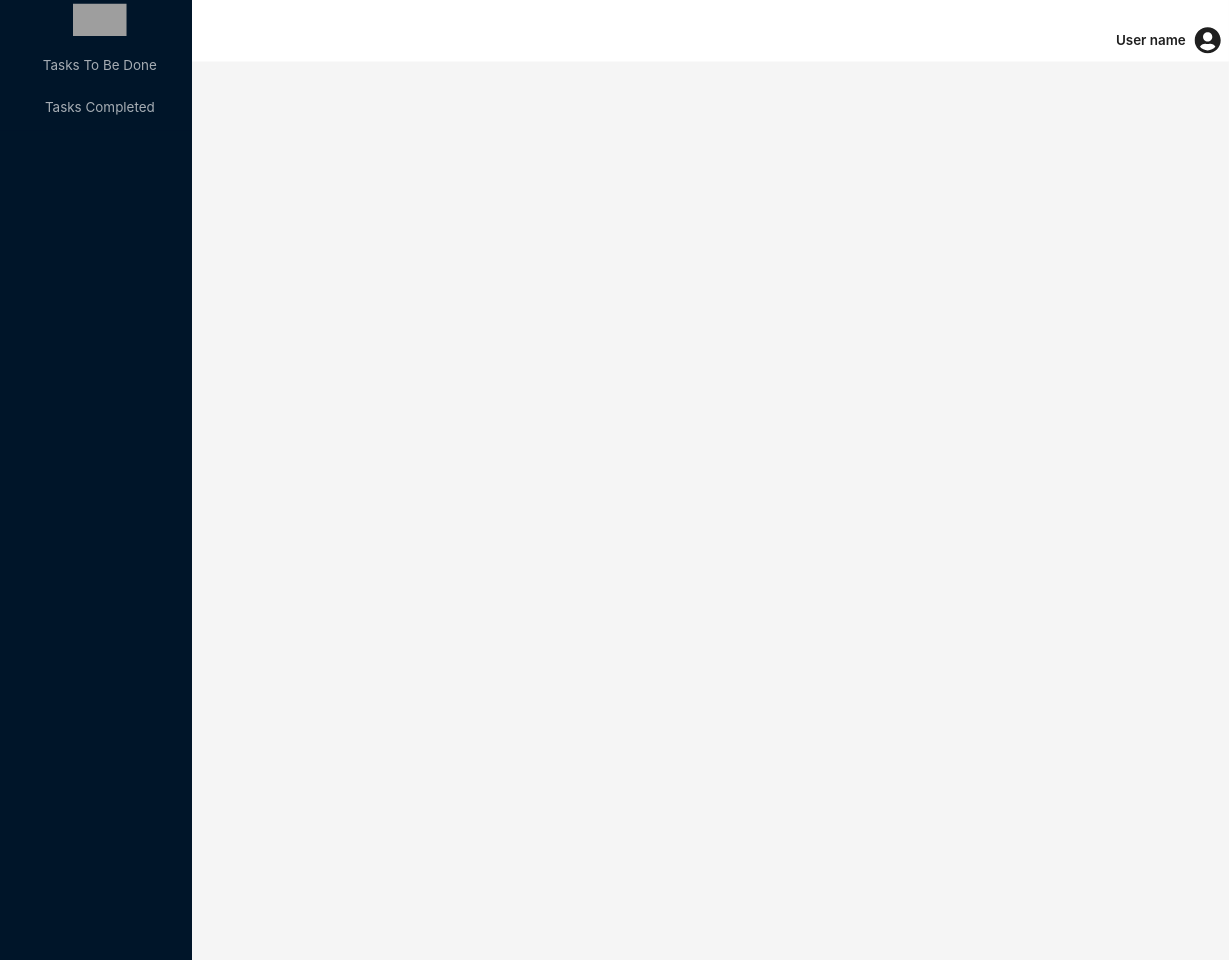
Repository: runner855/todolist_new
Page: /
The author's editor kept a copy of each file at every save. The page is drawn from the files as they stood at one save, then again after the next save.
The browser window is 1280 px wide. The pictures show the whole page, at 96% of full size.
Pictures or frames that could not be fetched are drawn as grey boxes. The project was rebuilt for these pictures with package versions that can differ from the ones it lists, and the page was loaded fresh each time.

Above is the page before, as saved 2023-03-19 18:20:56.

### src/index.tsx
import React from "react";
import ReactDOM from "react-dom/client";
import "./index.css";
import { App } from "./App";
import { BrowserRouter } from "react-router-dom";

const root = ReactDOM.createRoot(
  document.getElementById("root") as HTMLElement
);
root.render(
  <React.StrictMode>
    <BrowserRouter>
    <App />
    </BrowserRouter>
  </React.StrictMode>
);

### src/App.tsx
import React from 'react';
import './App.css';
import { NavBar } from './components/NavBar/NavBar';

export const App = () =>{
  return (
    <div className="App">
      <NavBar/>

    </div>
  );
}

### src/components/NavBar/NavBar.tsx
import React from 'react';

import { Layout, Menu, theme } from 'antd';
import { FaUserCircle } from 'react-icons/fa';
import { PagesArray } from '../../Utilities/Utility'
import "../NavBar/NavBar.css";

const { Header, Content, Footer, Sider } = Layout;

export const NavBar = () => {

  const {
    token: { colorBgContainer },
  } = theme.useToken();

  return (
      <Layout>
      <Sider
        breakpoint="lg"
        collapsedWidth="0"
        style={{height:1000}}
        onBreakpoint={(broken) => {
          console.log(broken);
        }}
        onCollapse={(collapsed, type) => {
          console.log(collapsed, type);
        }}
      >
        <div className="logo" />
        <Menu
          theme="dark"
          mode="inline"
          // defaultSelectedKeys={['2']}
          items={PagesArray && PagesArray.map(
            (item, index) => ({
              key: index,

              label:  item.label ? item.label :
              <img  className="logo"src={item.image} alt="logo"/>
            })
          )}


        />
      </Sider>
      <Layout>
        <Header style={{ padding: 0, background: colorBgContainer }}>
        <div className='avatar_container'>
          <ul className='user'>
            <li className='user_text'>User name</li>
            <li className='user_icon'><FaUserCircle/></li>

          </ul>
          </div>

        </Header>
      </Layout>
    </Layout>
   );
}

### src/Utilities/Utility.tsx
import { TASKS_TO_BE_DONE, TASKS_COMPLETED } from '../Constants/Dictionary';
import { AppUrls } from '../Types/appTypes';
import { LOGO } from '../Constants/Dictionary';
export const PagesArray = [
  {image:LOGO},
  {label: TASKS_TO_BE_DONE, to: AppUrls.TASKS_TO_BE_DONE},
  {label: TASKS_COMPLETED, to: AppUrls.TASKS_COMPLETED},

]

### src/components/NavBar/NavBar.css
#components-layout-demo-responsive .logo {
  height: 32px;
  margin: 16px;
  background: rgba(255, 255, 255, 0.2);
}

li {
  list-style-type: none;
}

.user {
  display: flex;
  flex-direction: row;
  justify-content: right;
}

.user_icon {
  font-size: 2em;
  margin-right: 0.1em;
  margin: 0em 0.3em 0em 0.3em;
}

.user_text {
  line-height: 4;
  font-weight: 600;
}

img {
  height: 3em;
}

### src/Constants/Dictionary.ts
export const TASKS_TO_BE_DONE = "Tasks To Be Done";
export const TASKS_COMPLETED = "Tasks Completed"
export const LOGO = "https://pbs.twimg.com/profile_images/964093705748729856/nzx2mHKW_400x400.jpg";

### src/Types/appTypes.tsx

export enum AppUrls {
  TASKS_TO_BE_DONE = `/tasks_to_be_done`,
  TASKS_COMPLETED = "/tasks_copleted",

}

export enum LanguageEnum {
  EN = "en",
}

Loaded but not shown: public/index.html (common file); src/index.css (common file); src/App.css (common file)

After the next save:
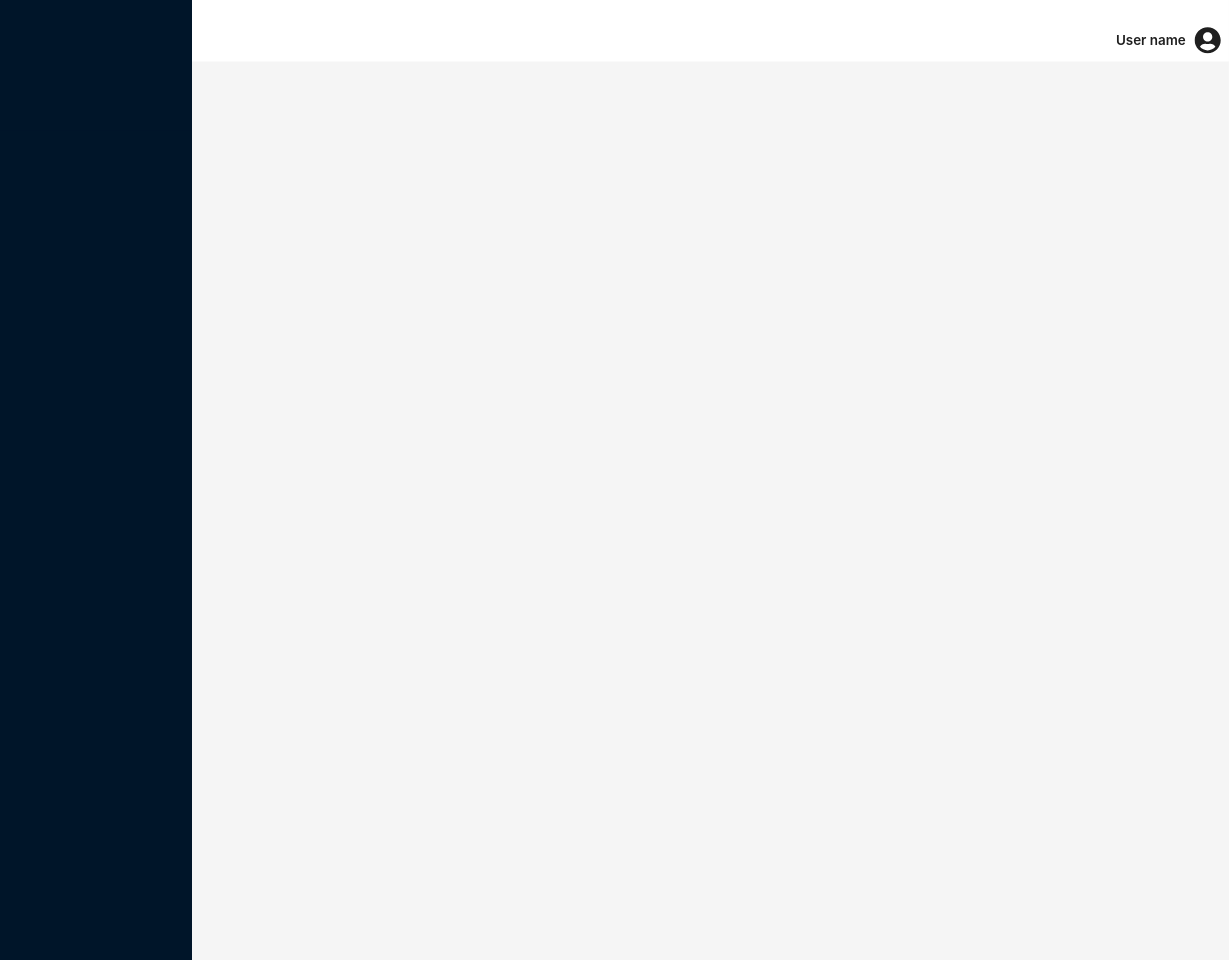
Saved 2 min 20 s later.
--- a/src/components/NavBar/NavBar.tsx
+++ b/src/components/NavBar/NavBar.tsx
@@ -32,12 +32,11 @@
           mode="inline"
           // defaultSelectedKeys={['2']}
           items={PagesArray && PagesArray.map(
-            (item, index) => ({
-              key: index,
-
-              label:  item.label ? item.label :
-              <img  className="logo"src={item.image} alt="logo"/>
-            })
+            (item, index) => {
+            return(
+              <div>{item.label}</div>
+            )
+            }
           )}
 
 
